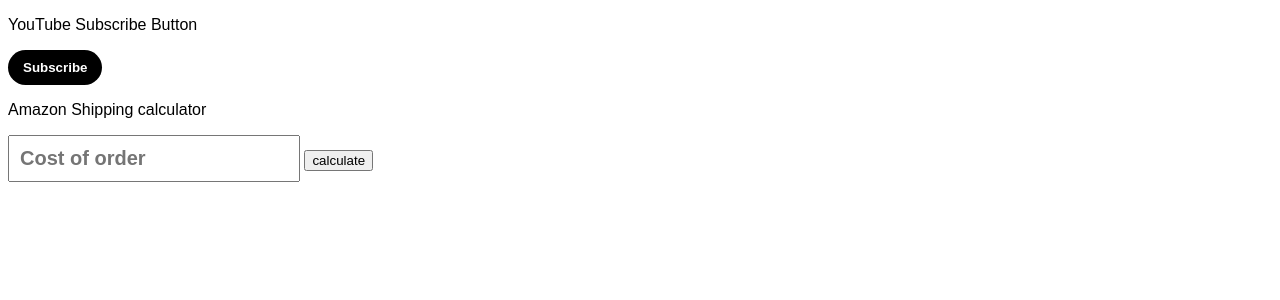
Repository: Samkiroko/Javascript-course
Page: 10-dom-project copy.html
These files come from the project's save history. The page is drawn as it stood at one moment and after the next save; the edit follows.
The browser window is 1280 px wide. The pictures show the whole page.

Above is the page before, as saved 2023-08-28 10:22:07.

After the next save:
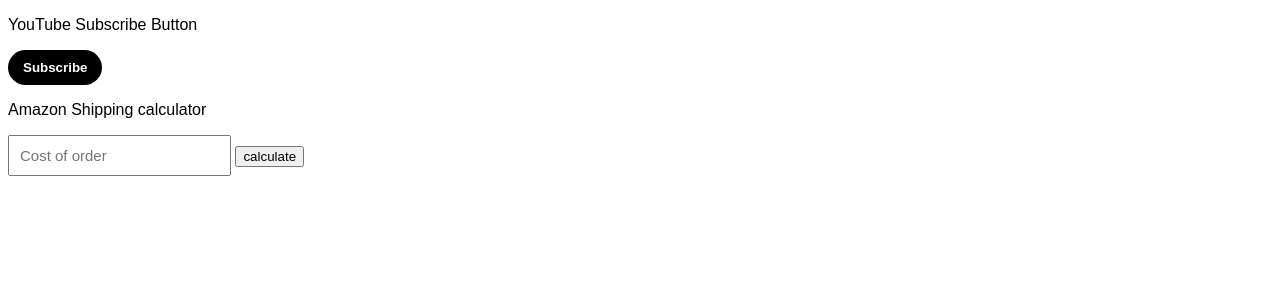
Saved 45 s later.
--- a/10-dom-project copy.html
+++ b/10-dom-project copy.html
@@ -25,8 +25,7 @@
         color: black;
       }
       .cost-input {
-        font-size: 20px;
-        font-weight: bold;
+        font-size: 15px;
         padding: 10px;
       }
     </style>
